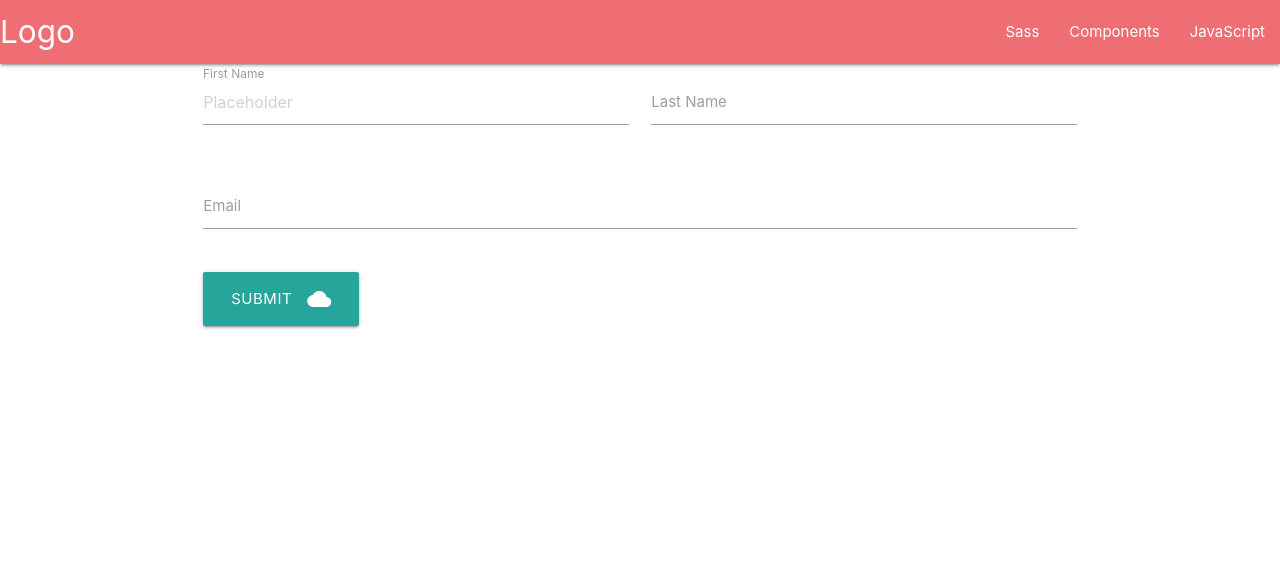
Repository: RavinakS/signup-page-html-js
Page: index.html
These files come from the project's save history. The page is drawn as it stood at one moment and after the next save; the edit follows.
The browser window is 1280 px wide. The pictures show the whole page.

Above is the page before, as saved 2021-12-13 11:23:00.
Console error: SyntaxError: Unexpected end of input

After the next save:
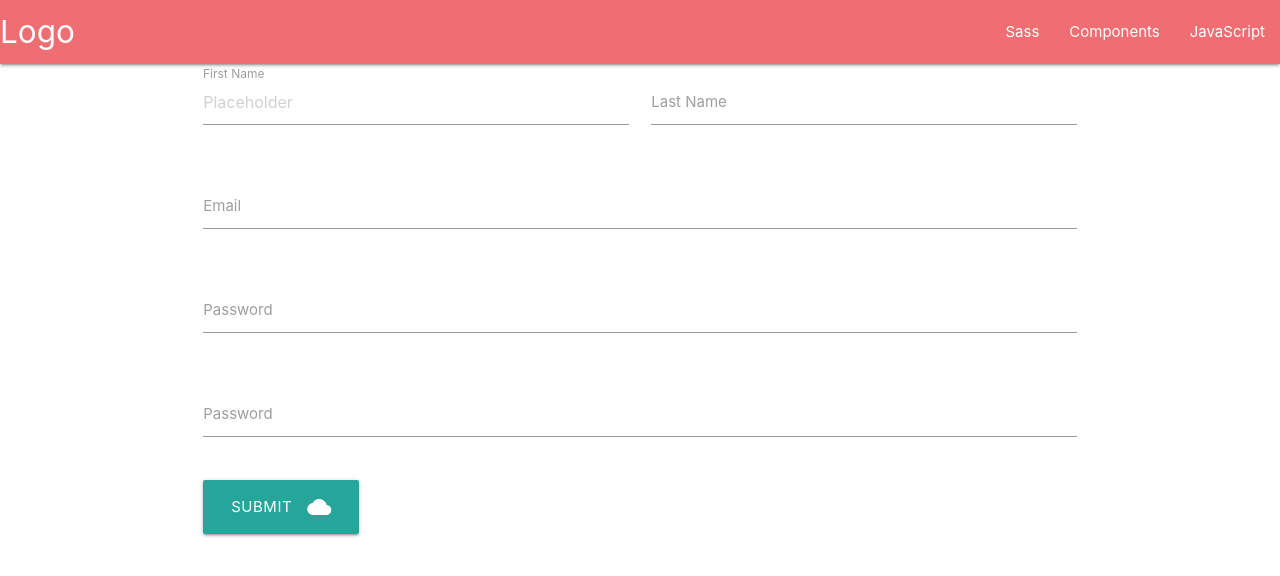
Saved 6 s later.
--- a/index.html
+++ b/index.html
@@ -41,6 +41,18 @@
                   <label for="email">Email</label>
                 </div>
               </div>
+              <div class="row">
+                <div class="input-field col s12">
+                  <input id="password" type="password" class="validate">
+                  <label for="password">Password</label>
+                </div>
+              </div>
+              <div class="row">
+                <div class="input-field col s12">
+                  <input id="password" type="password" class="validate">
+                  <label for="password">Password</label>
+                </div>
+              </div>
               <a class="waves-effect waves-light btn-large"><i class="material-icons right" type="submit">cloud</i>Submit</a>
             </form>
           </div>
